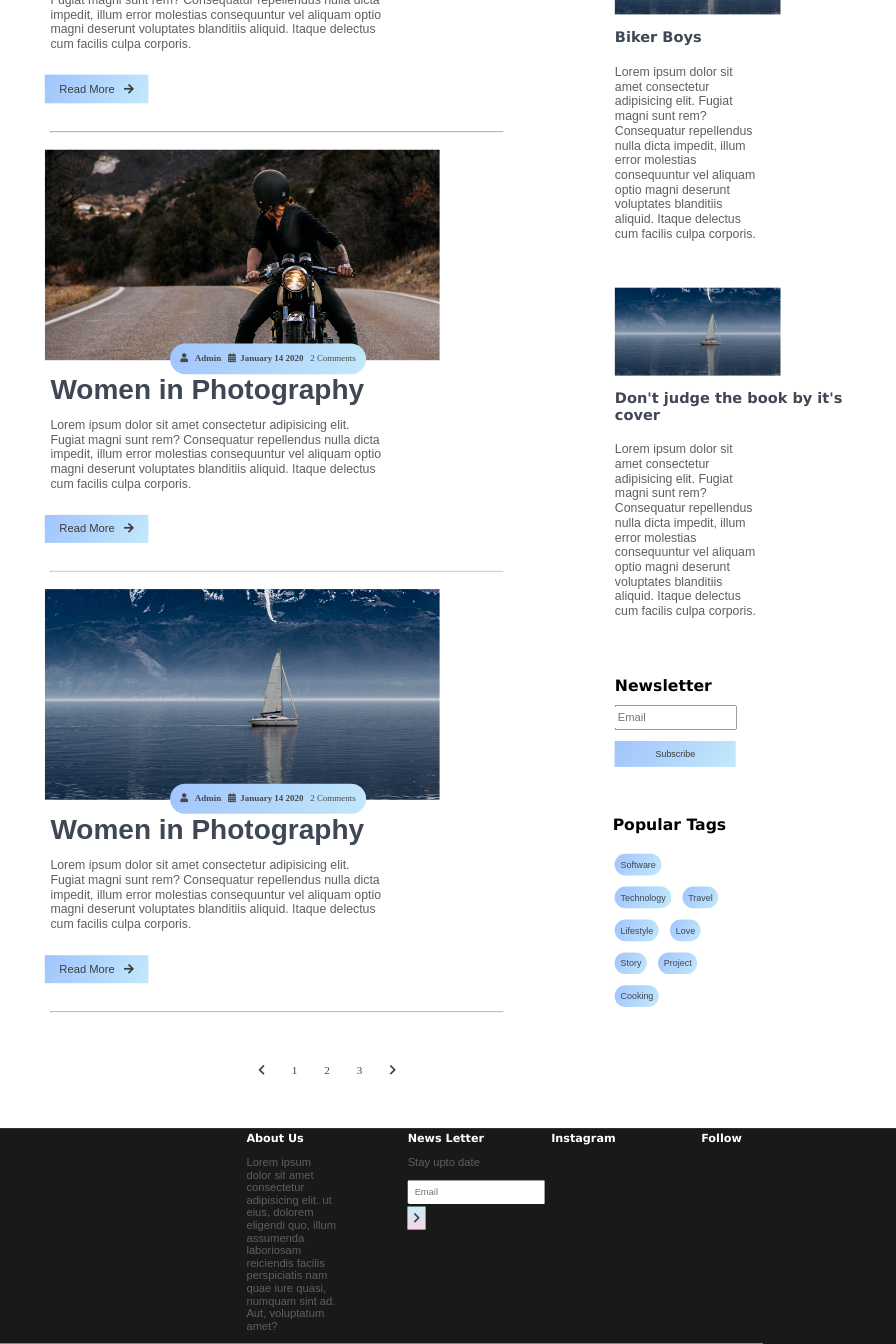
Repository: premjawaharp/Blogsite
Page: index.html
An editor plug-in stored every save of this project. The page is shown before and after a run of saves, followed by the edit.
The browser window is 1280 px wide. The pictures show the part of the page from y = 2341 to 4261 px (the page is 4261 px tall), at 70% of full size.

Above is the page before, as saved 2020-09-18 15:24:07.

After the next 2 saves:
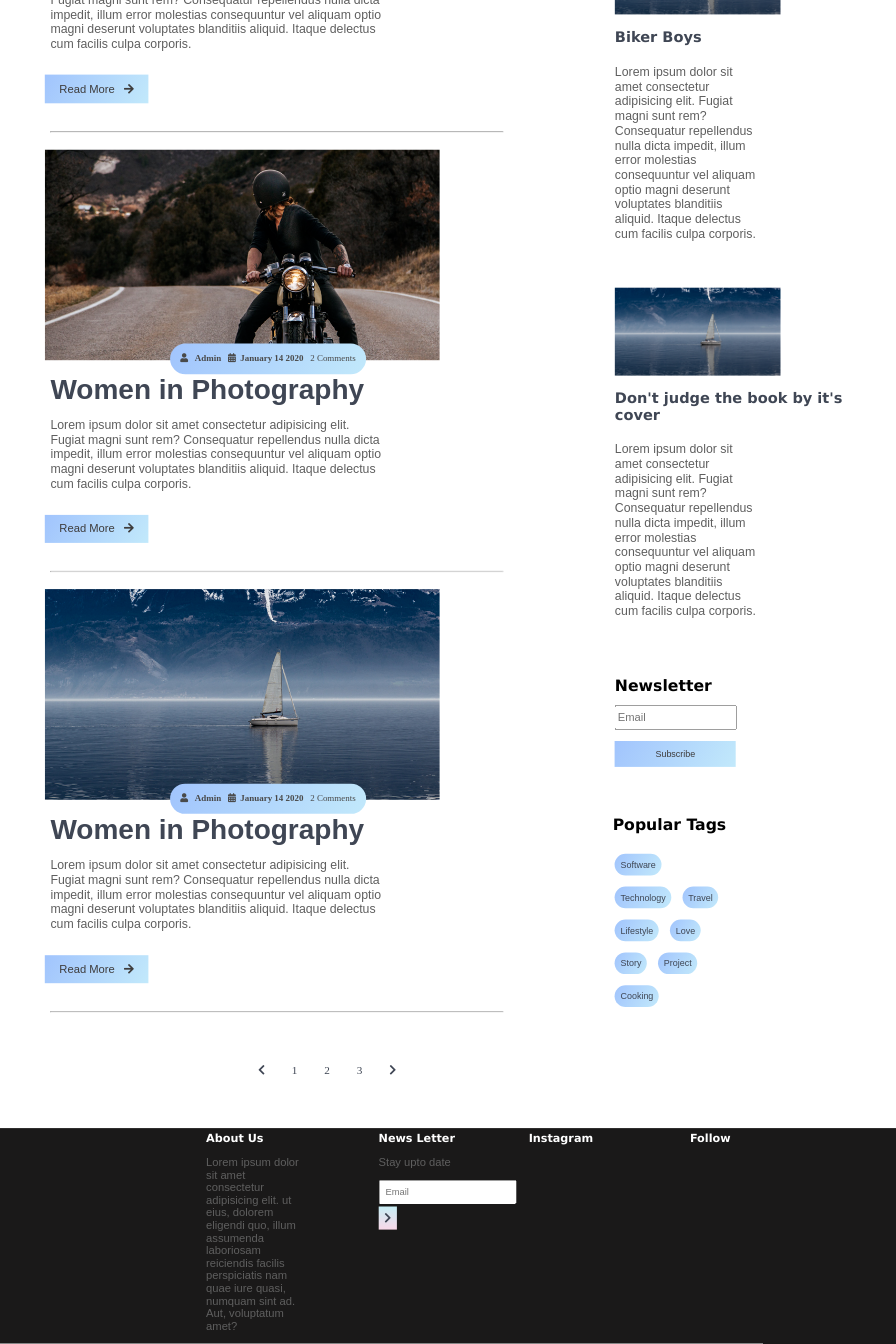
The 2 saves are shown as one change because they came seconds apart.
The last was saved 6 s later.
--- a/css/style.css
+++ b/css/style.css
@@ -483,7 +483,7 @@ main .news-letter .news-form .new-form-btn {
 
 }
 .footer .pad-pad{
-    padding-left:25%;
+    padding-left:20%;
 }
 .footer .news-inputs span{
     color: var(--text-gray);
